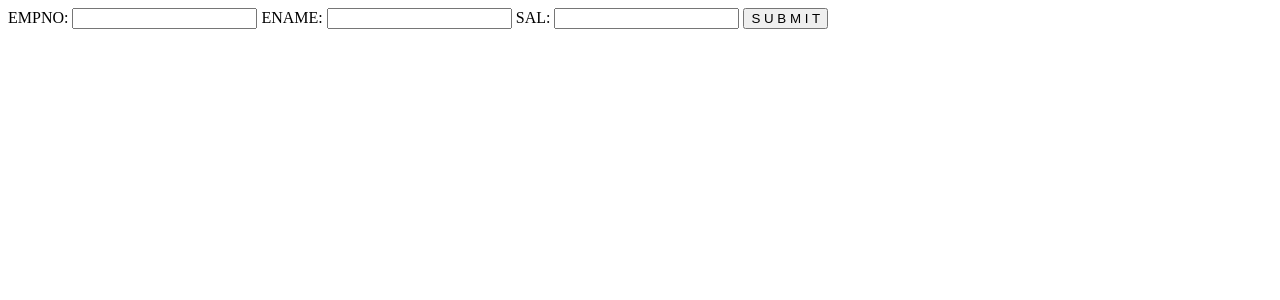
Repository: jayak013/Zettamine-backup
Page: Local Disk D Files/Workspace/maven/web/src/main/webapp/create.html
These files come from the project's save history. The page is drawn as it stood at one moment and after the next save; the edit follows.
The browser window is 1280 px wide. The pictures show the whole page.

Above is the page before, as saved 2023-12-29 19:59:40.

### Local Disk D Files/Workspace/maven/web/src/main/webapp/create.html
<!DOCTYPE html>
<html>
<head>
<meta charset="ISO-8859-1">
<title>create emp</title>
</head>
<body>
	<form action="createemployee?action=create" method="post">
		EMPNO: <input type="number" name="empno">
		ENAME: <input type="text" name="ename">
		SAL: <input type="number" name="sal">
		<input type="submit" value="S U B M I T">
	</form>
</body>
</html>

After the next save:
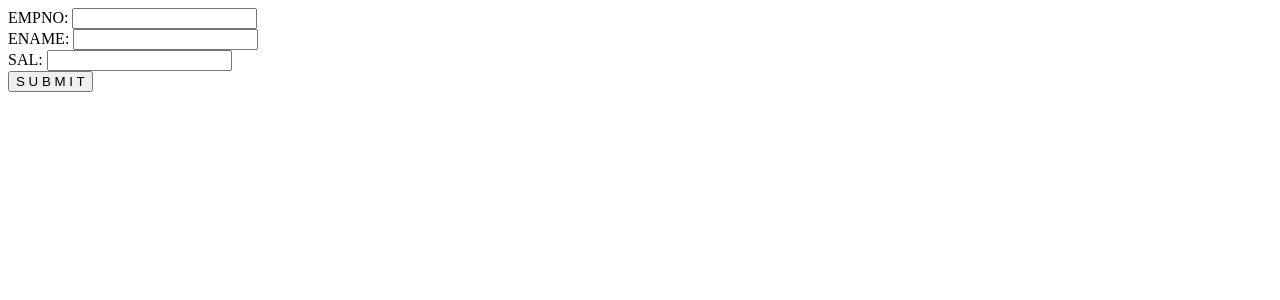
Saved 57 s later.
--- a/Local Disk D Files/Workspace/maven/web/src/main/webapp/create.html
+++ b/Local Disk D Files/Workspace/maven/web/src/main/webapp/create.html
@@ -4,12 +4,12 @@
 <meta charset="ISO-8859-1">
 <title>create emp</title>
 </head>
-<body>
+<body style="display: flexbox;">
 	<form action="createemployee?action=create" method="post">
-		EMPNO: <input type="number" name="empno">
-		ENAME: <input type="text" name="ename">
-		SAL: <input type="number" name="sal">
-		<input type="submit" value="S U B M I T">
+		EMPNO: <input type="number" name="empno"><br>
+		ENAME: <input type="text" name="ename"><br>
+		SAL: <input type="number" name="sal"><br>
+		<input type="submit" value="S U B M I T"><br>
 	</form>
 </body>
 </html>
